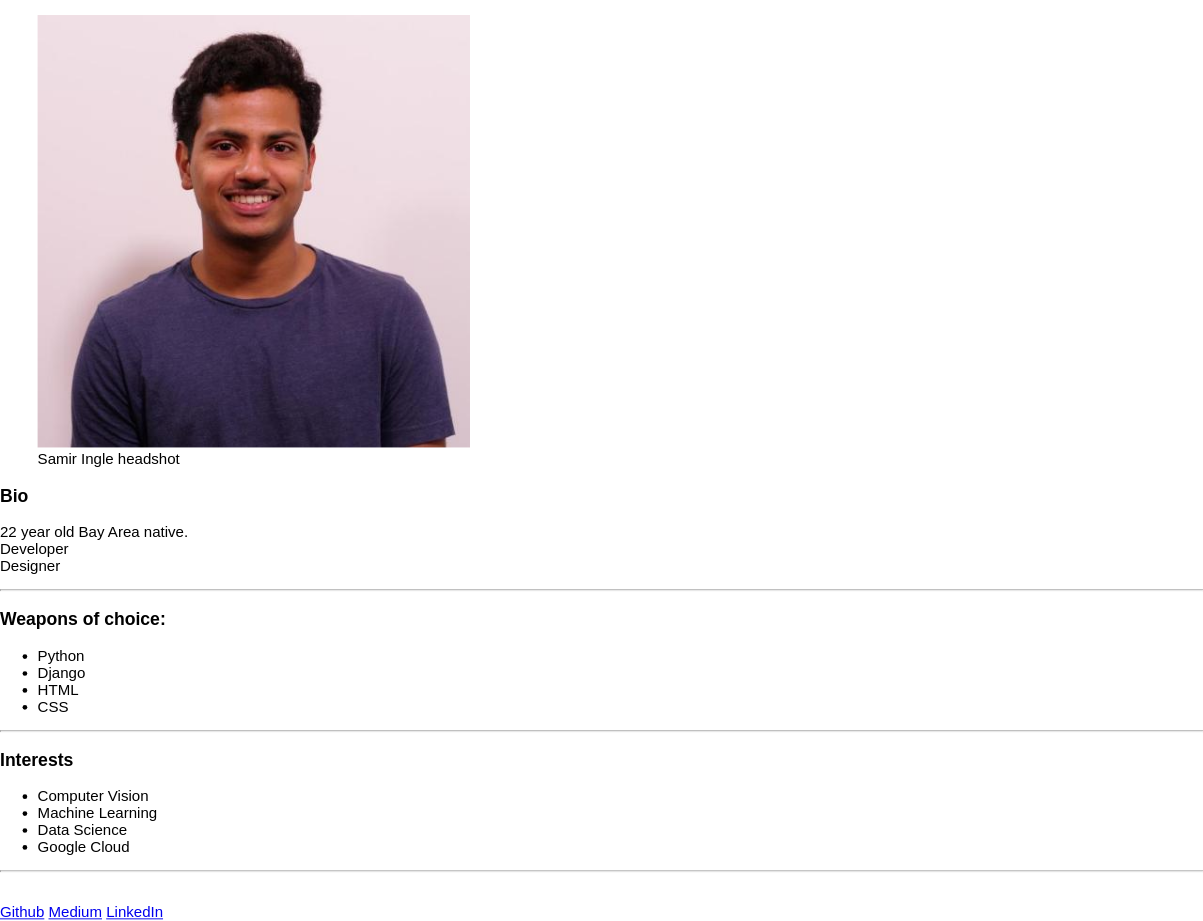
Repository: SamirIngley/html-semantic
Page: about.html
An editor plug-in stored every save of this project. The page is shown before and after the next save, followed by the edit.
The browser window is 1280 px wide. The pictures show the whole page, at 94% of full size.

Above is the page before, as saved 2020-01-28 17:00:23.

### about.html
<!DOCTYPE html>
<html lang="en">
<head>
    <meta charset="UTF-8">
    <meta name="viewport" content="width=device-width, initial-scale=1.0">
    <meta http-equiv="X-UA-Compatible" content="ie=edge">
    <link href="style.css" rel="stylesheet">

    <title>Samir.</title>
</head>
<body>

</body>
</html>

<figure>
        <img src="images/prof_pic.jpeg" alt="samir-profile-pic">
        <figcaption>Samir Ingle headshot</figcaption>
    </figure>

    <article>
        <h3>Bio</h3>
        <p>
        22 year old Bay Area native.
        <br>
        Developer
        <br>
        Designer
        </p>
    </article>
    <hr>
        <section>
            <h3>Weapons of choice:</h3>
            <ul>
                <li>Python</li>
                <li>Django</li>
                <li>HTML</li>
                <li>CSS</li>
            </ul>
        </section>
        <hr>
        <section>
            <h3>Interests</h3>
            <ul>
                <li>Computer Vision</li>
                <li>Machine Learning</li>
                <li>Data Science</li>
                <li>Google Cloud</li>
            </ul>
        </section>
        <hr>
        <p>
<footer>
        <br>
        <a href="https://github.com/SamirIngley">Github</a>
        <a href="https://medium.com/@SamirIngle">Medium</a>
        <a href="https://www.linkedin.com/in/samiringle/">LinkedIn</a>
</footer>

### style.css
* {
    box-sizing: border-box;
}

body {
    margin: 0;
    font-family: Arial, Helvetica, sans-serif;
  }

nav {
    background-color: rgba(215, 176, 251, 0.287);
}


nav a {
    color: black;
    text-align: center;
    font-size: 2em;
    text-decoration: none;
}
nav a:hover{
    color: purple;

}
nav a.active {
    background-color: orange;
    color: purple;
}


nav > ul {
    display: flex;
    justify-content: flex-end;
    list-style: none;
}

nav > ul > li {
    padding: 1em;
}

nav {
    padding: 0 1em;
}


<style>
body {
  margin: 0;
  font-family: Arial, Helvetica, sans-serif;
}

.topnav {
  overflow: hidden;
  background-color: #333;
}

.topnav a {
  float: left;
  color: #f2f2f2;
  text-align: center;
  padding: 14px 16px;
  text-decoration: none;
  font-size: 17px;
}

.topnav a:hover {
  background-color: #ddd;
  color: black;
}

.topnav a.active {
  background-color: #4CAF50;
  color: white;
}
</style>
</head>
<body>

After the next save:
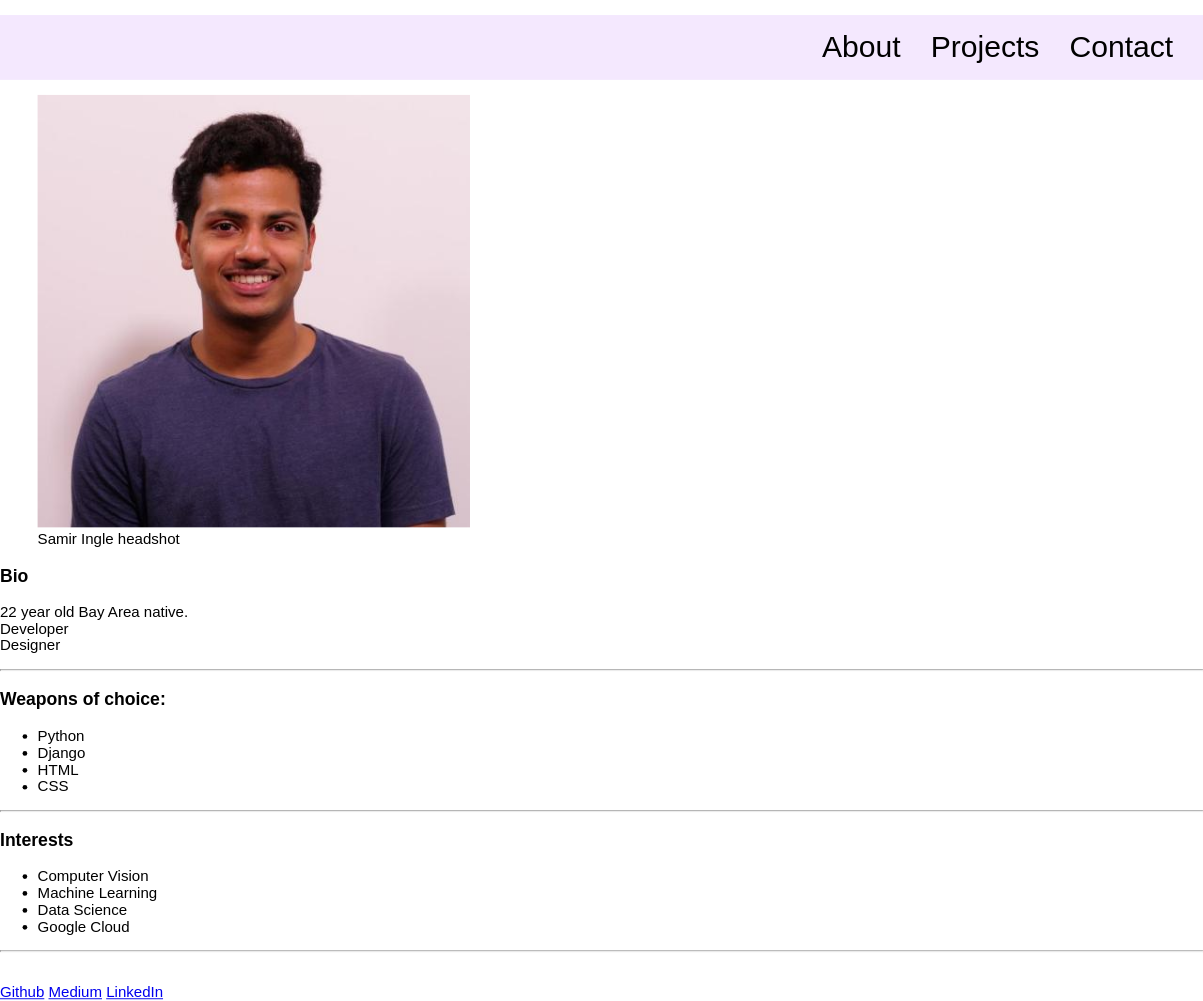
Saved 97 s later.
--- a/about.html
+++ b/about.html
@@ -12,7 +12,15 @@
 
 </body>
 </html>
-
+<header>
+    <nav>
+        <ul>
+            <li><a href="#">About</a></li>
+            <li><a href="#">Projects</a></li>
+            <li><a href="#">Contact</a></li>
+            </ul>
+    </nav>
+</header>
 <figure>
         <img src="images/prof_pic.jpeg" alt="samir-profile-pic">
         <figcaption>Samir Ingle headshot</figcaption>
